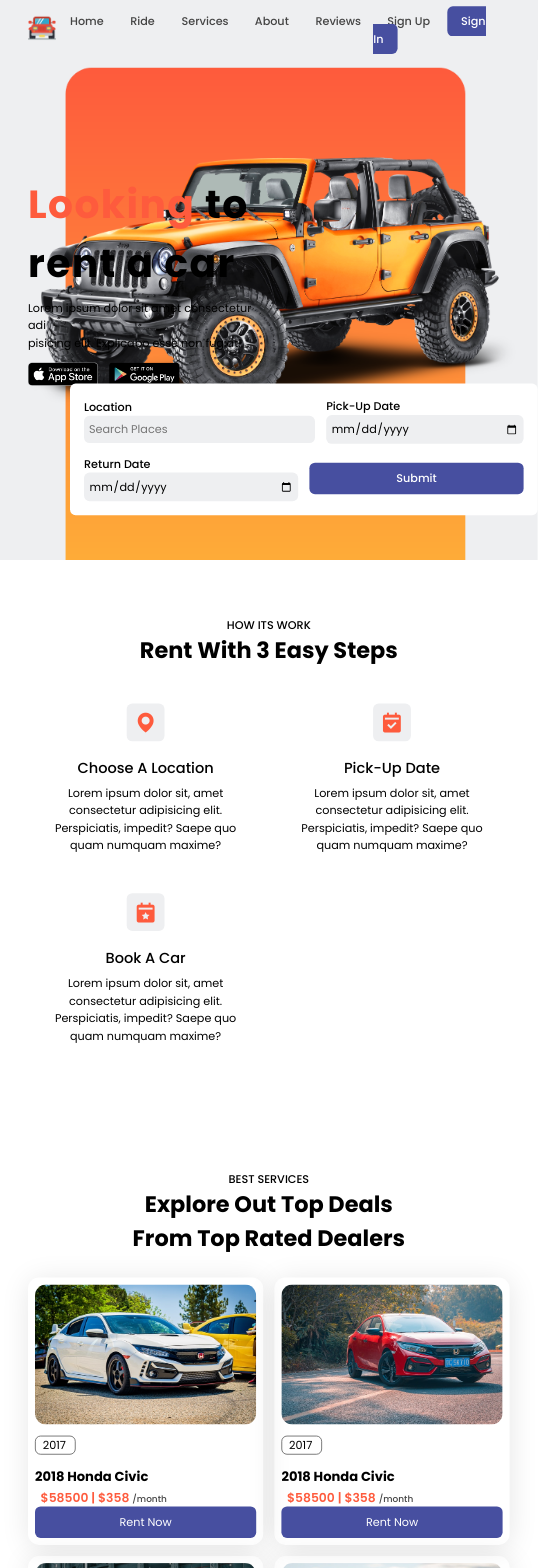
Repository: douglasabnovato/car-rental
Page: index.html
These files come from the project's save history. The page is drawn as it stood at one moment and after the next save; the edit follows.
The browser window is 768 px wide. The pictures show the part of the page from y = 0 to 2240 px (the page is 4778 px tall), at 70% of full size.

Above is the page before, as saved 2025-05-16 21:30:06.

### index.html
<!DOCTYPE html>
<html lang="en">
  <head>
    <meta charset="UTF-8" />
    <meta name="viewport" content="width=device-width, initial-scale=1.0" />
    <title>Car Rental</title>
    <link
      rel="stylesheet"
      href="https://cdn.jsdelivr.net/npm/boxicons@latest/css/boxicons.min.css"
    />
    <link rel="stylesheet" href="./style.css" />
  </head>
  <body>
    <!-- Header -->
    <header>
      <a href="#" class="logo"
        ><img src="./assets/jeep.png" alt="logo da car rental" srcset=""
      /></a>
      <div class="bx bx-menu" id="menu-icon"></div>
      <ul class="navbar">
        <li><a href="#home">Home</a></li>
        <li><a href="#ride">Ride</a></li>
        <li><a href="#services">Services</a></li>
        <li><a href="#about">About</a></li>
        <li><a href="#reviews">Reviews</a></li>
      </ul>
      <div class="header-btn">
        <a href="#" class="sign-up">Sign Up</a>
        <a href="#" class="sign-in">Sign In</a>
      </div>
    </header>

    <!-- Home -->
    <section class="home" id="home">
      <div class="text">
        <h1>
          <span>Looking</span> to <br />
          rent a car
        </h1>
        <p>
          Lorem ipsum dolor sit amet consectetur adi <br />
          pisicing elit. Explicabo esse non fugiat!
        </p>
        <div class="app-stores">
          <img src="./assets/ios.png" alt="" />
          <img src="./assets/play.png" alt="" />
        </div>
      </div>
      <div class="form-container">
        <form action="">
          <div class="input-box">
            <span>Location</span>
            <input type="search" name="" id="" placeholder="Search Places" />
          </div>
          <div class="input-box">
            <span>Pick-Up Date</span>
            <input type="date" name="" id="" />
          </div>
          <div class="input-box">
            <span>Return Date</span>
            <input type="date" name="" id="" />
          </div>
          <input type="submit" name="" id="" class="btn" />
        </form>
      </div>
    </section>

    <!-- Ride -->
    <section class="ride" id="ride">
      <div class="heading">
        <span>How Its Work</span>
        <h1>Rent With 3 Easy Steps</h1>
      </div>
      <div class="ride-container">
        <div class="box">
          <i class="bx bxs-map"></i>
          <h2>Choose A Location</h2>
          <p>
            Lorem ipsum dolor sit, amet consectetur adipisicing elit.
            Perspiciatis, impedit? Saepe quo quam numquam maxime?
          </p>
        </div>
        <div class="box">
          <i class="bx bxs-calendar-check"></i>
          <h2>Pick-Up Date</h2>
          <p>
            Lorem ipsum dolor sit, amet consectetur adipisicing elit.
            Perspiciatis, impedit? Saepe quo quam numquam maxime?
          </p>
        </div>
        <div class="box">
          <i class="bx bxs-calendar-star"></i>
          <h2>Book A Car</h2>
          <p>
            Lorem ipsum dolor sit, amet consectetur adipisicing elit.
            Perspiciatis, impedit? Saepe quo quam numquam maxime?
          </p>
        </div>
      </div>
    </section>

    <!-- Services -->
    <section class="services" id="services">
      <div class="heading">
        <span>Best Services</span>
        <h1>
          Explore Out Top Deals <br />
          From Top Rated Dealers
        </h1>
      </div>
      <div class="services-container">
        <div class="box">
          <div class="box-img">
            <img src="./assets/car1.jpg" alt="car1" />
          </div>
          <p>2017</p>
          <h3>2018 Honda Civic</h3>
          <h2>$58500 | $358 <span> /month</span></h2>
          <a href="#" class="btn">Rent Now</a>
        </div>

        <div class="box">
          <div class="box-img">
            <img src="./assets/car2.jpg" alt="car1" />
          </div>
          <p>2017</p>
          <h3>2018 Honda Civic</h3>
          <h2>$58500 | $358 <span> /month</span></h2>
          <a href="#" class="btn">Rent Now</a>
        </div>

        <div class="box">
          <div class="box-img">
            <img src="./assets/car3.jpg" alt="car1" />
          </div>
          <p>2017</p>
          <h3>2018 Honda Civic</h3>
          <h2>$58500 | $358 <span> /month</span></h2>
          <a href="#" class="btn">Rent Now</a>
        </div>

        <div class="box">
          <div class="box-img">
            <img src="./assets/car4.jpg" alt="car1" />
          </div>
          <p>2017</p>
          <h3>2018 Honda Civic</h3>
          <h2>$58500 | $358 <span> /month</span></h2>
          <a href="#" class="btn">Rent Now</a>
        </div>

        <div class="box">
          <div class="box-img">
            <img src="./assets/car5.jpg" alt="car1" />
          </div>
          <p>2017</p>
          <h3>2018 Honda Civic</h3>
          <h2>$58500 | $358 <span> /month</span></h2>
          <a href="#" class="btn">Rent Now</a>
        </div>

        <div class="box">
          <div class="box-img">
            <img src="./assets/car6.jpg" alt="car1" />
          </div>
          <p>2017</p>
          <h3>2018 Honda Civic</h3>
          <h2>$58500 | $358 <span> /month</span></h2>
          <a href="#" class="btn">Rent Now</a>
        </div>
      </div>
    </section>

    <!-- About -->
    <section class="about" id="about">
      <div class="heading">
        <span>About Us</span>
        <h1>Best Customer Experience</h1>
      </div>
      <div class="about-container">
        <div class="about-img">
          <img src="./assets/about.png" alt="" />
        </div>
        <div class="about-text">
          <span>About Us</span>
          <p>
            Lorem ipsum dolor sit amet consectetur adipisicing elit. Nemo atque
            quidem excepturi sunt est qui corporis iusto quo nobis vitae
            molestias veniam deleniti fugiat, beatae iste doloribus rerum
            officiis iure voluptates perferendis eaque ratione?
          </p>
          <a href="#" class="btn">Learn More</a>
        </div>
      </div>
    </section>

    <!-- Reviews -->
    <section class="reviews" id="reviews">
      <div class="heading">
        <span>Reviews</span>
        <h1>Whats Our Customer Say</h1>
      </div>
      <div class="reviews-container">
        <div class="box">
          <div class="rev-img">
            <img src="./assets/rev1.jpg" alt="" />
          </div>
          <h2>Someone Name</h2>
          <div class="stars">
            <i class="bx bxs-star"></i>
            <i class="bx bxs-star"></i>
            <i class="bx bxs-star"></i>
            <i class="bx bxs-star"></i>
            <i class="bx bxs-star-half"></i>
          </div>
          <p>
            Lorem ipsum dolor sit amet consectetur adipisicing elit. Explicabo
            qui similique laborum hic molestiae. Quaerat ipsa cum sit.
          </p>
        </div>
        <div class="box">
          <div class="rev-img">
            <img src="./assets/rev2.jpg" alt="" />
          </div>
          <h2>Someone Name</h2>
          <div class="stars">
            <i class="bx bxs-star"></i>
            <i class="bx bxs-star"></i>
            <i class="bx bxs-star"></i>
            <i class="bx bxs-star"></i>
            <i class="bx bxs-star-half"></i>
          </div>
          <p>
            Lorem ipsum dolor sit amet consectetur adipisicing elit. Explicabo
            qui similique laborum hic molestiae. Quaerat ipsa cum sit.
          </p>
        </div>
        <div class="box">
          <div class="rev-img">
            <img src="./assets/rev3.jpg" alt="" />
          </div>
          <h2>Someone Name</h2>
          <div class="stars">
            <i class="bx bxs-star"></i>
            <i class="bx bxs-star"></i>
            <i class="bx bxs-star"></i>
            <i class="bx bxs-star"></i>
            <i class="bx bxs-star-half"></i>
          </div>
          <p>
            Lorem ipsum dolor sit amet consectetur adipisicing elit. Explicabo
            qui similique laborum hic molestiae. Quaerat ipsa cum sit.
          </p>
        </div>
      </div>
    </section>

    <!-- Newsletter -->
    <section class="newsletter">
      <h2>Subscribe To Newsletter</h2>
      <div class="box">
        <input type="text" placeholder="Enter Your E-mail ..." />
        <a href="#" class="btn">Subscribe</a>
      </div>
    </section>

    <!-- Copyright -->
    <div class="copyright">
      <p>&#169; @douglasabnovato All Right Reserved</p>
      <div class="social">
        <a href="#"><i class="bx bxl-facebook"></i></a>
        <a href="#"><i class="bx bxl-twitter"></i></a>
        <a href="#"><i class="bx bxl-instagram"></i></a>
      </div>
    </div>

    <!-- Link to JS -->
    <script src="./script.js"></script>
  </body>
</html>

### style.css
@import url("https://fonts.googleapis.com/css2?family=Noto+Sans:ital,wght@0,100..900;1,100..900&family=Poppins:ital,wght@0,100;0,200;0,300;0,400;0,500;0,600;0,700;0,800;0,900;1,100;1,200;1,300;1,400;1,500;1,600;1,700;1,800;1,900&display=swap");

* {
  margin: 0;
  padding: 0;
  box-sizing: border-box;
  scroll-padding-top: 2rem;
  scroll-behavior: smooth;
  list-style: none;
  text-decoration: none;
  font-family: "Poppins", sans-serif;
}

:root {
  --main-color: #fe5b3d;
  --second-color: #ffac38;
  --text-color: #444;
  --gradient: linear-gradient(#fe5b3d, #ffac38);
}

html::-webkit-scrollbar {
  width: 0.5rem;
}

html::-webkit-scrollbar-track {
  background: transparent;
}

html::-webkit-scrollbar-thumb {
  background: var(--main-color);
  border-radius: 5rem;
}

section {
  padding: 50px 100px;
}

/* Header */

header {
  position: fixed;
  width: 100%;
  top: 0;
  right: 0;
  z-index: 1000;
  display: flex;
  align-items: center;
  justify-content: space-between;
  background: #eeeff1;
  padding: 15px 100px;
}

.logo img {
  width: 40px;
}

.navbar {
  display: flex;
}

.navbar li {
  position: relative;
}

.navbar a {
  font-size: 1rem;
  padding: 10px 20px;
  color: var(--text-color);
  font-weight: 500;
}

.navbar a:after {
  content: "";
  width: 0;
  height: 3px;
  background: var(--gradient);
  position: absolute;
  bottom: -4px;
  left: 0;
  transition: 0.5s;
}

.navbar a:hover::after {
  width: 100%;
}

#menu-icon {
  font-size: 24px;
  cursor: pointer;
  z-index: 10001;
  display: none;
}

.header-btn a {
  padding: 10px 20px;
  color: var(--text-color);
  font-weight: 500;
}

.header-btn .sign-in {
  background: #474fa0;
  color: #fff;
  border-radius: 0.5rem;
}

.header-btn .sign-in:hover {
  background: var(--main-color);
}

/* Home */
.home {
  width: 100%;
  min-height: 100vh;
  position: relative;
  background: url(./assets/Car\ Website\ –\ 1@2x.png);
  background-repeat: no-repeat;
  background-position: center right;
  background-size: cover;
  display: grid;
  align-items: center;
  grid-template-columns: repeat(2, 1fr);
}

.text h1 {
  font-size: 3.5rem;
  letter-spacing: 2px;
}

.text span {
  color: var(--main-color);
}

.text p {
  margin: 0.5rem 0 1rem;
}

.app-stores {
  display: flex;
}

.app-stores img {
  width: 100px;
  margin-right: 1rem;
  cursor: pointer;
}

.form-container form {
  display: flex;
  flex-wrap: wrap;
  align-items: center;
  gap: 1rem;
  position: absolute;
  bottom: 4rem;
  left: 100px;
  background: #fff;
  padding: 20px;
  border-radius: 0.5rem;
}

.input-box {
  flex: 1 1 7rem;
  display: flex;
  flex-direction: column;
}

.input-box span {
  font-weight: 500;
}

.input-box input {
  padding: 7px;
  outline: none;
  border: none;
  background: #eeeff1;
  border-radius: 0.5rem;
  font-size: 1rem;
}

.form-container form .btn {
  flex: 1 1 7rem;
  padding: 10px 34px;
  border: none;
  border-radius: 0.5rem;
  background: #474fa0;
  color: #fff;
  font-size: 1rem;
  font-weight: 500;
}

.form-container form .btn:hover {
  background: var(--main-color);
  cursor: pointer;
}

/* Ride */
.heading {
  text-align: center;
}

.heading span {
  font-weight: 500;
  text-transform: uppercase;
}

.heading h1 {
  font-size: 2rem;
}

.ride-container {
  display: grid;
  align-items: center;
  grid-template-columns: repeat(auto-fit, minmax(250px, auto));
  gap: 1rem;
  margin-top: 2rem;
}

.ride-container .box {
  text-align: center;
  padding: 20px;
}

.ride-container .box .bx {
  font-size: 34px;
  padding: 10px;
  background: #eeeff1;
  border-radius: 0.5rem;
  color: var(--main-color);
}

.ride-container .box h2 {
  font-size: 1.3rem;
  font-weight: 500;
  margin: 1.4rem 0 0.5rem;
}

.ride-container .box .bx:hover,
.ride-container .box .bx .bxs-calendar-star {
  background: var(--gradient);
  color: #fff;
}

/* Services */
.services-container {
  display: grid;
  grid-template-columns: repeat(auto-fit, minmax(300px, auto));
  gap: 1rem;
  margin-top: 2rem;
}

.services-container .box {
  padding: 10px;
  border-radius: 1rem;
  box-shadow: 1px 4px 41px rgba(0, 0, 0, 0.1);
}

.services-container .box .box-img {
  width: 100%;
  height: 200px;
}

.services-container .box .box-img img {
  width: 100%;
  height: 100%;
  border-radius: 1rem;
  object-fit: cover;
  object-position: center;
}

.services-container .box p {
  padding: 0 10px;
  border: 1px solid var(--text-color);
  width: 58px;
  border-radius: 0.5rem;
  margin: 1rem 0 1rem;
}

.services-container .box h2 {
  font-size: 1.1rem;
  font-weight: 600;
  color: var(--main-color);
  margin: 0.2rem 0 0 0.5rem;
}

.services-container .box h2 span {
  font-size: 0.8rem;
  font-weight: 500;
  color: var(--text-color);
}

.services-container .box .btn {
  display: flex;
  justify-content: center;
  background: #474fa0;
  color: #fff;
  padding: 10px;
  border-radius: 0.5rem;
}

.services-container .box .btn:hover {
  background: var(--main-color);
}

/* About */
.about-container {
  display: grid;
  grid-template-columns: repeat(2, 1fr);
  margin-top: 2rem;
  align-items: center;
  gap: 1rem;
}

.about-img img {
  width: 100%;
}

.about-text span {
  font-weight: 500;
  color: var(--main-color);
  text-transform: uppercase;
}

.about-text p {
  margin: 0.5rem 0 1.4rem;
}

.about-text .btn {
  padding: 10px 20px;
  background: #474fa0;
  color: #fff;
  border-radius: 0.5rem;
}

.about-text .btn:hover {
  background: var(--main-color);
}

/* Review */
.reviews-container {
  display: grid;
  grid-template-columns: repeat(auto-fit, minmax(250px, auto));
  gap: 1rem;
  margin-top: 2rem;
}

.rev-img {
  width: 70px;
  height: 70px;
}

.rev-img img {
  width: 100%;
  height: 100%;
  border-radius: 50%;
  object-fit: cover;
  object-position: center;
  border: 2px solid var(--second-color);
}

.reviews-container .box {
  display: flex;
  flex-direction: column;
  align-items: center;
  text-align: center;
  padding: 20px;
  box-shadow: 1px 4px 41px rgba(0, 0, 0, 0.1);
  border-radius: 0.5rem;
}

.reviews-container .box h2 {
  font-size: 1.1rem;
  font-weight: 600;
  margin: 0.5rem 0 0.5rem;
}

.reviews-container .box p {
  font-style: italic;
}

.reviews-container .box .stars .bx {
  color: var(--main-color);
}

/* Newsletter */
.newsletter {
  background: linear-gradient(to top right, #fe5b3d, #ffac38);
  display: flex;
  flex-direction: column;
  align-items: center;
}

.newsletter h2 {
  color: #fff;
  font-size: 1.8rem;
}

.newsletter .box {
  margin-top: 1rem;
  background: #fff;
  border-radius: 0.5rem;
  padding: 4px 8px;
  width: 350px;
  display: flex;
  justify-content: space-between;
}

.newsletter .box input {
  border: none;
  outline: none;
}

.newsletter .box .btn {
  background: #474fa0;
  color: #fff;
  padding: 8px 20px;
  border-radius: 0.5rem;
}

/* Copyright */
.copyright {
  padding: 20px;
  display: flex;
  justify-content: space-between;
  align-items: center;
}

.social a {
  color: #444;
  padding: 10px;
  font-size: 21px;
  transition: font-size 2s;
}

.social a:hover {
  font-size: 24px;
  color: #fe5b3d;
}

/* Responsive */

@media (max-width: 991px){
    header {
        padding: 18px 40px;
    }
    section {
        padding: 80px 40px;
    }
}

Loaded but not shown: script.js (no stored copy; drawn as an empty file)

After the next save:
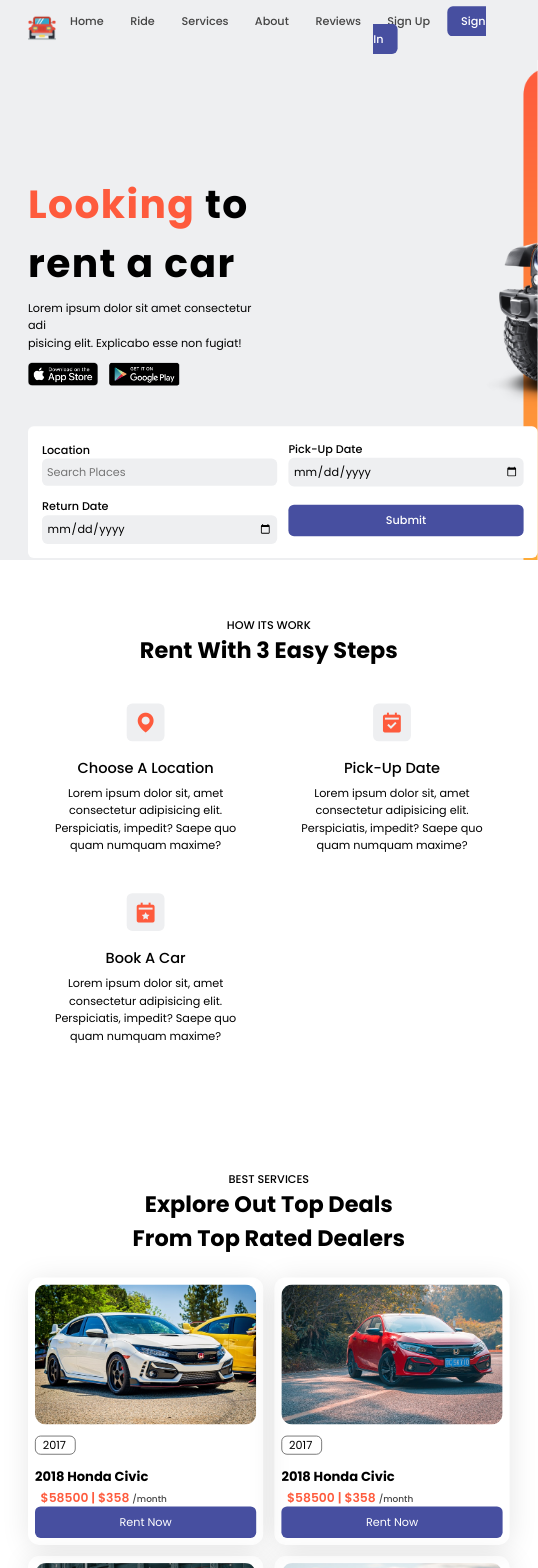
Saved 107 s later.
--- a/style.css
+++ b/style.css
@@ -445,3 +445,13 @@ header {
         padding: 80px 40px;
     }
 }
+
+@media (max-width: 891px){
+    .home {
+        background-position: left;
+    }
+    .form-container form {
+        bottom: .2rem;
+        left: 40px;
+    }
+}
